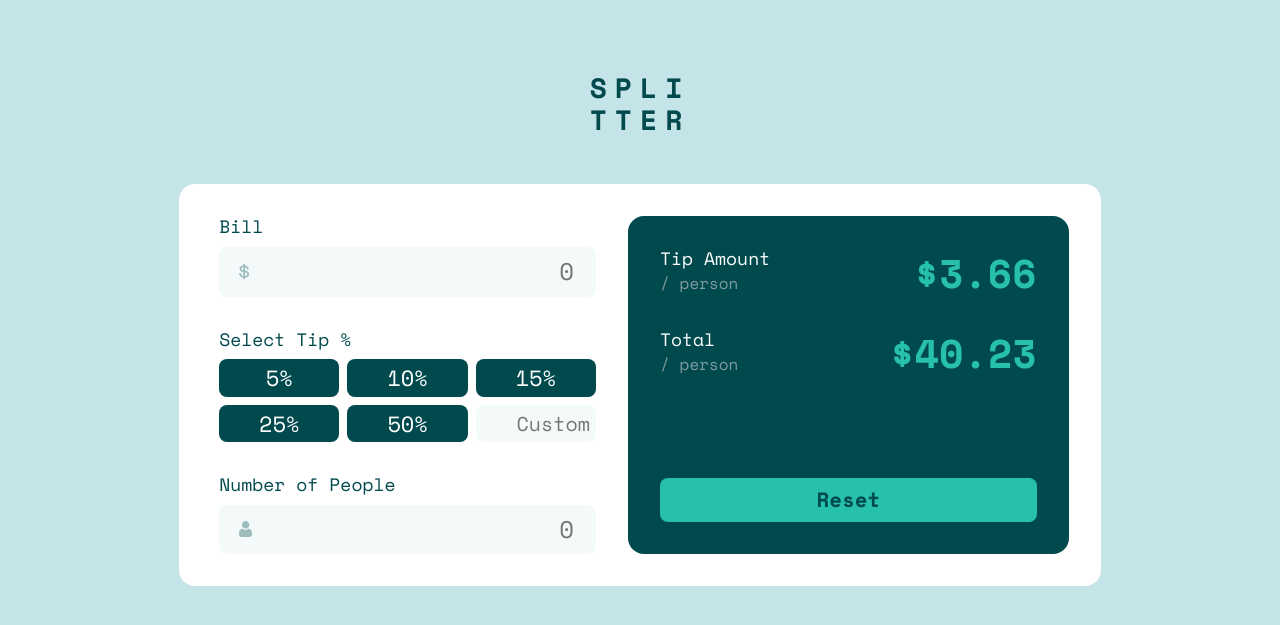
Repository: Jay-JYKim91/FM_tip-calculator
Page: index.html
These files come from the project's save history. The page is drawn as it stood at one moment and after the next save; the edit follows.
The browser window is 1280 px wide. The pictures show the whole page.
The pointer rests on the first visible `#resetBtn`.

Above is the page before, as saved 2021-12-21 22:37:16.

After the next save:
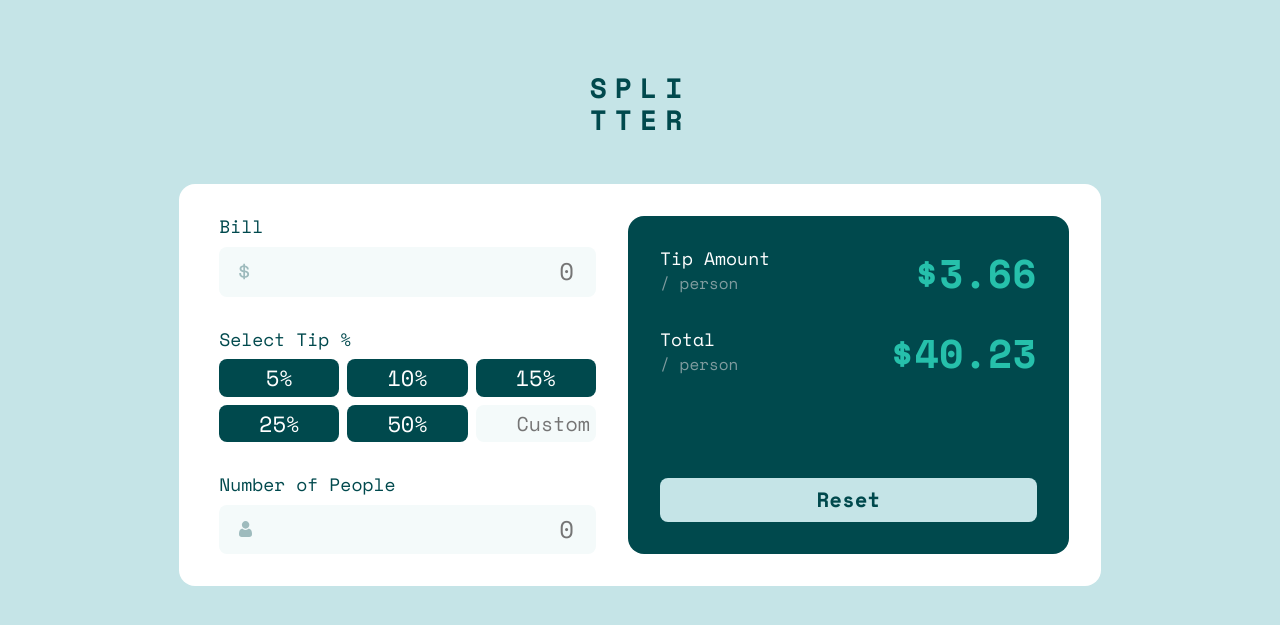
Saved 45 s later.
--- a/style.css
+++ b/style.css
@@ -150,6 +150,9 @@ body {
   border-radius: 0.5rem;
   cursor: pointer;
 }
+#resetBtn:hover {
+  background-color: var(--light-grayish-cyan1);
+}
 /* Tablet size */
 @media (min-width: 768px) and (max-width: 1023px) {
 }
